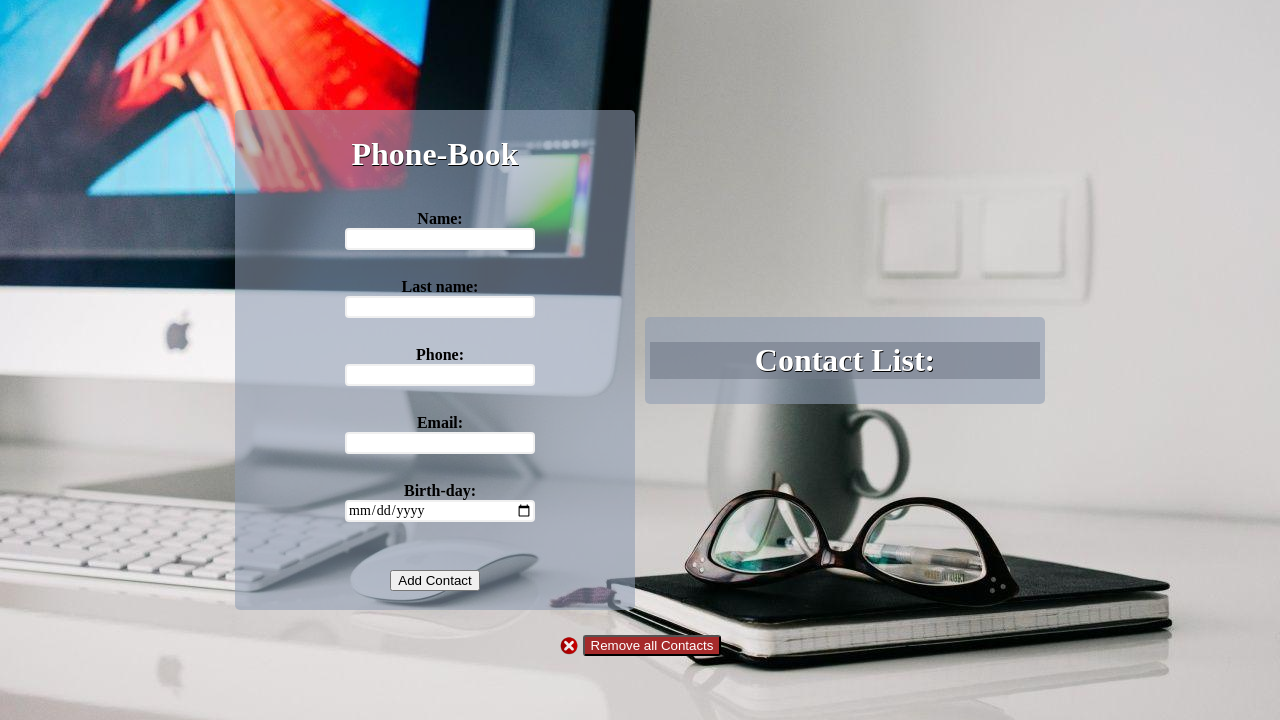
Repository: STA1357/Phone-book
Page: Inner.html
The author's editor kept a copy of each file at every save. The page is drawn from the files as they stood at one save, then again after the next save.
The browser window is 1280 px wide. The pictures show the whole page.

Above is the page before, as saved 2020-12-12 18:32:32.

After the next save:
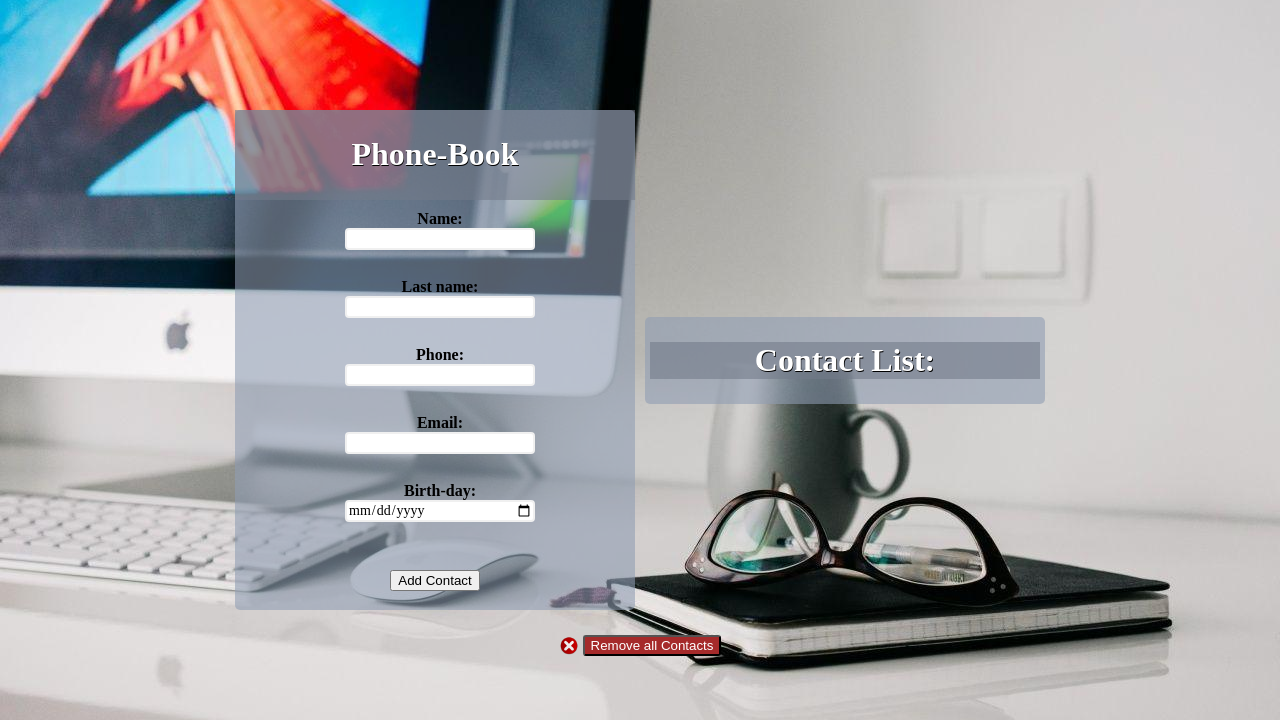
Saved 60 s later.
--- a/styles.css
+++ b/styles.css
@@ -15,6 +15,7 @@ body{
 }
 
 .header-title{
+    background-color: rgba(116, 123, 138, 0.589);
     color: white;
     text-shadow: 0.5px 0.5px black;
 }

After the save that followed:
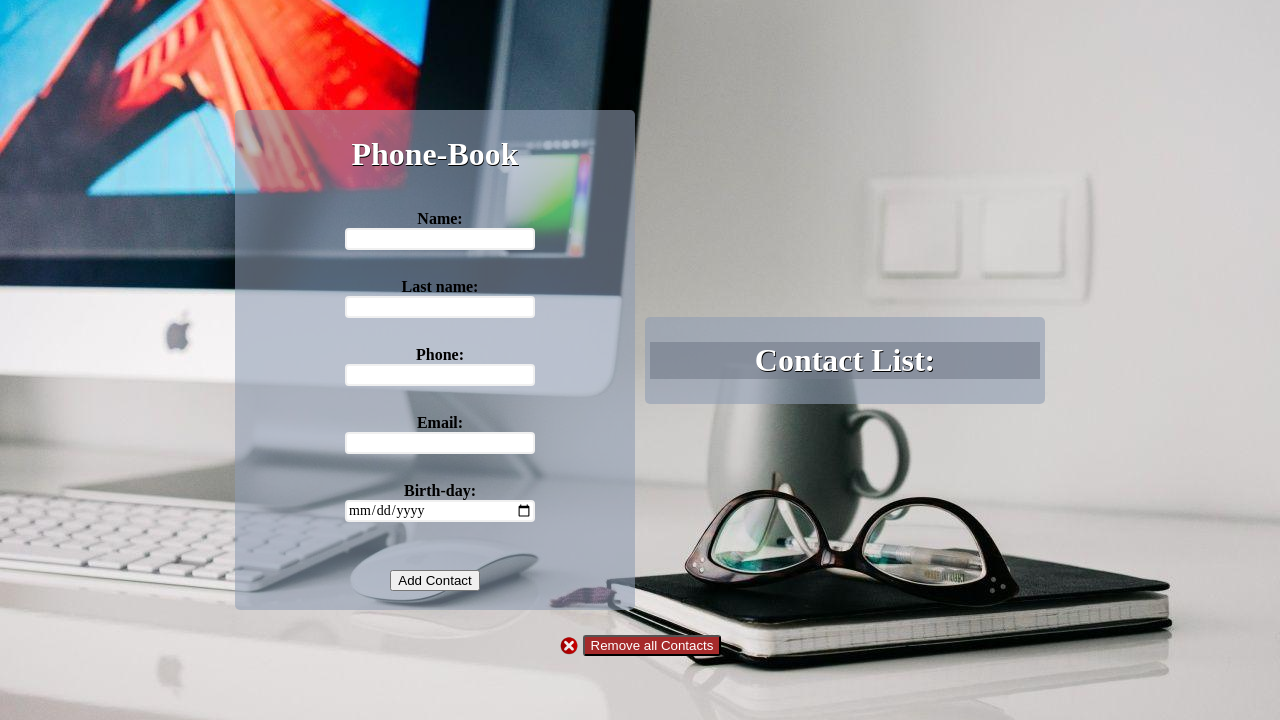
Saved 13 s later.
--- a/styles.css
+++ b/styles.css
@@ -15,7 +15,7 @@ body{
 }
 
 .header-title{
-    background-color: rgba(116, 123, 138, 0.589);
+
     color: white;
     text-shadow: 0.5px 0.5px black;
 }
